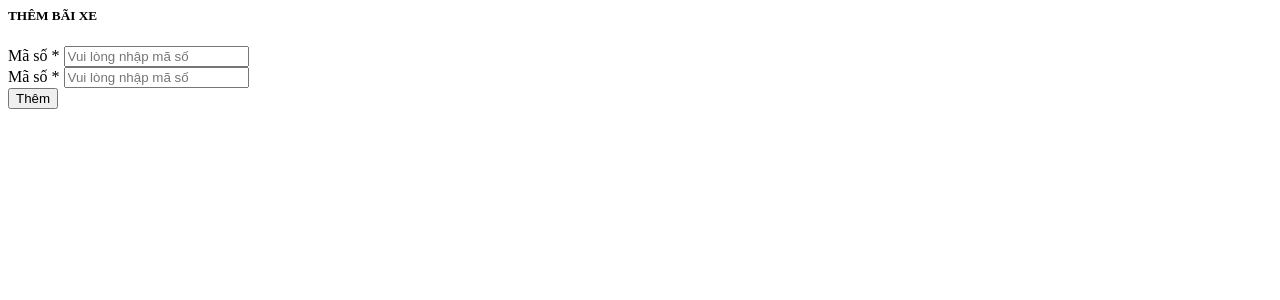
Repository: NguyenChienThangB1910143/QL_ChungCy
Page: http://localhost/baixe/them
An editor plug-in stored every save of this project. The page is shown before and after the next save, followed by the edit.
The browser window is 1280 px wide. The pictures show the whole page.
The page is served by the project's Laravel application, run on PHP 8.4 with Laravel 10. The first stored user is signed in. The database holds what the project's SQL file puts in it.

Above is the page before, as saved 2023-08-22 19:16:22.

After the next save:
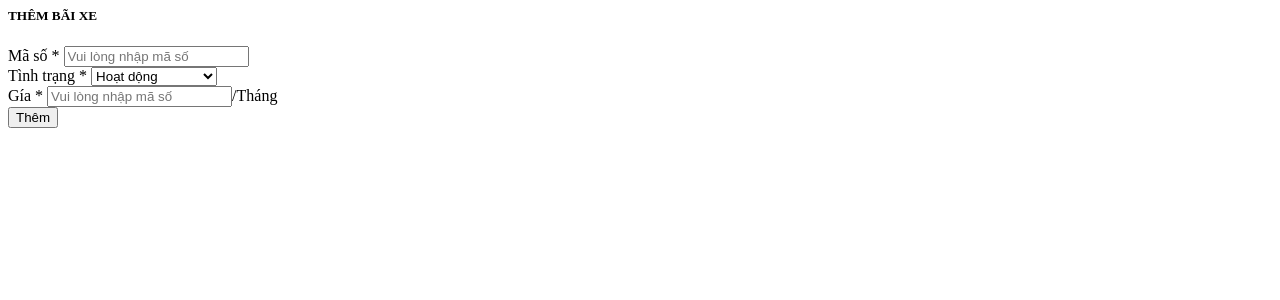
Saved 87 s later.
--- a/resources/views/baixe/them.blade.php
+++ b/resources/views/baixe/them.blade.php
@@ -12,10 +12,19 @@
             <input required class="form-control" type="text" name="MS" placeholder="Vui lòng nhập mã số">
         </div>
         <div class="mb-3">
-            <label class="form-label">Mã số
+            <label class="form-label">Tình trạng
                 <span id="colorIcon">*</span>
             </label>
-            <input required class="form-control" type="text" name="MS" placeholder="Vui lòng nhập mã số">
+            <select style="cursor: pointer;" class="form-control" aria-label="Default select example" id="tt" name="tt">
+                <option value="1">Hoạt dộng</option>
+                <option value="0">Ngưng hoạt dộng</option>
+            </select>
+        </div>
+        <div class="mb-3">
+            <label class="form-label">Gía
+                <span id="colorIcon">*</span>
+            </label>
+            <input required class="form-control" type="text" name="MS" placeholder="Vui lòng nhập mã số">/Tháng
         </div>
         <div class="row justify-content-center">
             <button type="submit" class="btn btn-success col-md-5" id="side123">Thêm</button>
